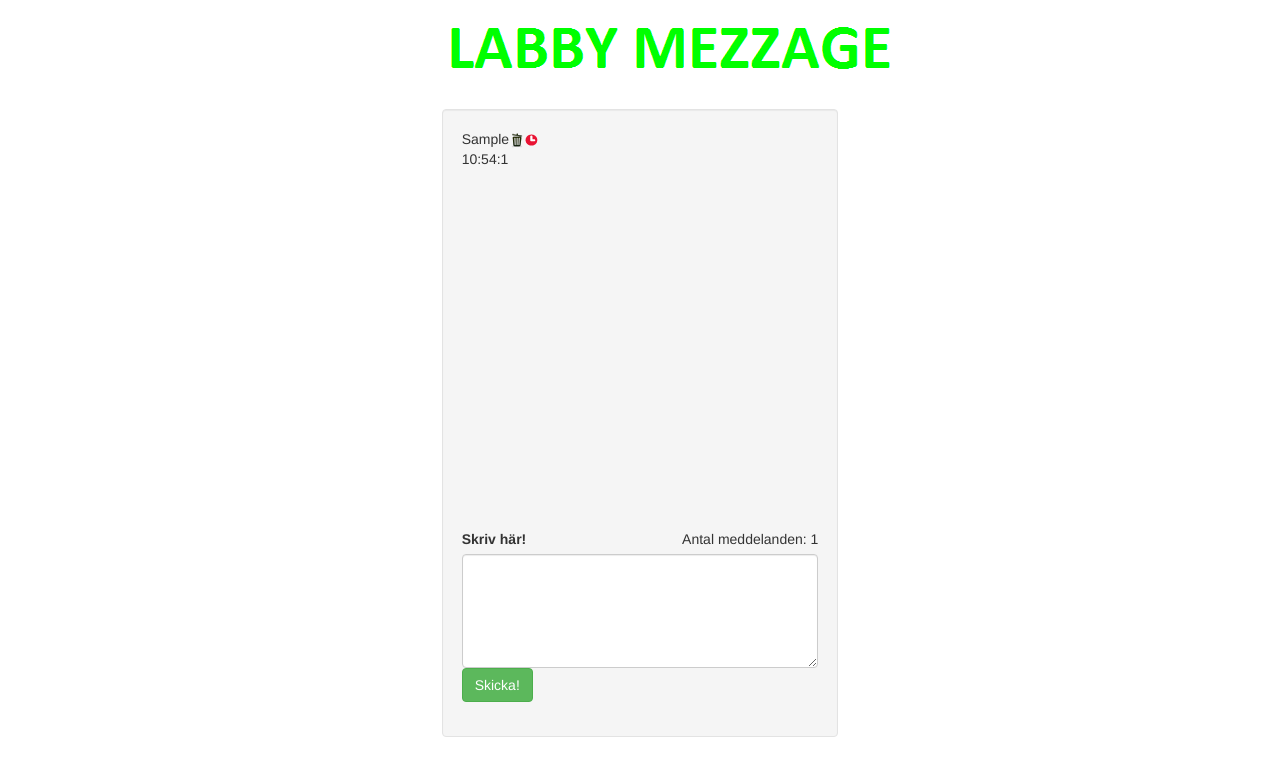
Repository: mc22dg/1dv403-laborationer
Page: 2-labbymezzage/index.html
The author's editor kept a record of every edit. The page is drawn from the files as they stood at one moment, then again after the next edit.
The browser window is 1280 px wide. The pictures show the whole page.
Empty fields were first filled with sample values (such as "Sample", 5 or name@example.com).
After loading, the first visible `#btn` was clicked once.

Above is the page before.

After the next edit:
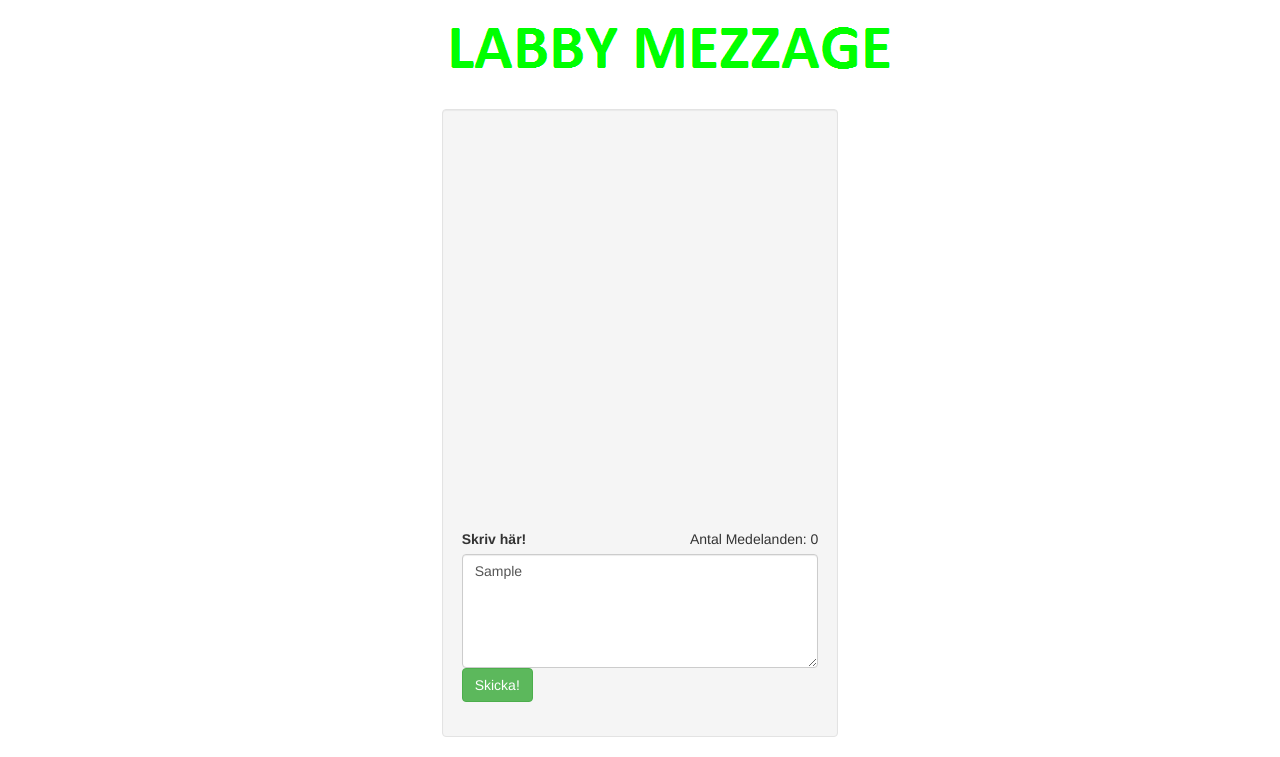
The edit:
--- a/2-labbymezzage/messageBoard.js
+++ b/2-labbymezzage/messageBoard.js
@@ -7,7 +7,9 @@
     init:function()
     {
         var send = document.getElementById("btn");
-        send.onclick = MessageBoard.sendMessage;
+        send.onclick = function(){
+            MessageBoard.sendMessage;
+        }
 
         var enter = document.getElementById("comment");
         enter.onkeypress = function(e){if(e.keyCode === 13 && !e.shiftKey && document.getElementById("comment").value !== "")

After the 2 edits that followed:
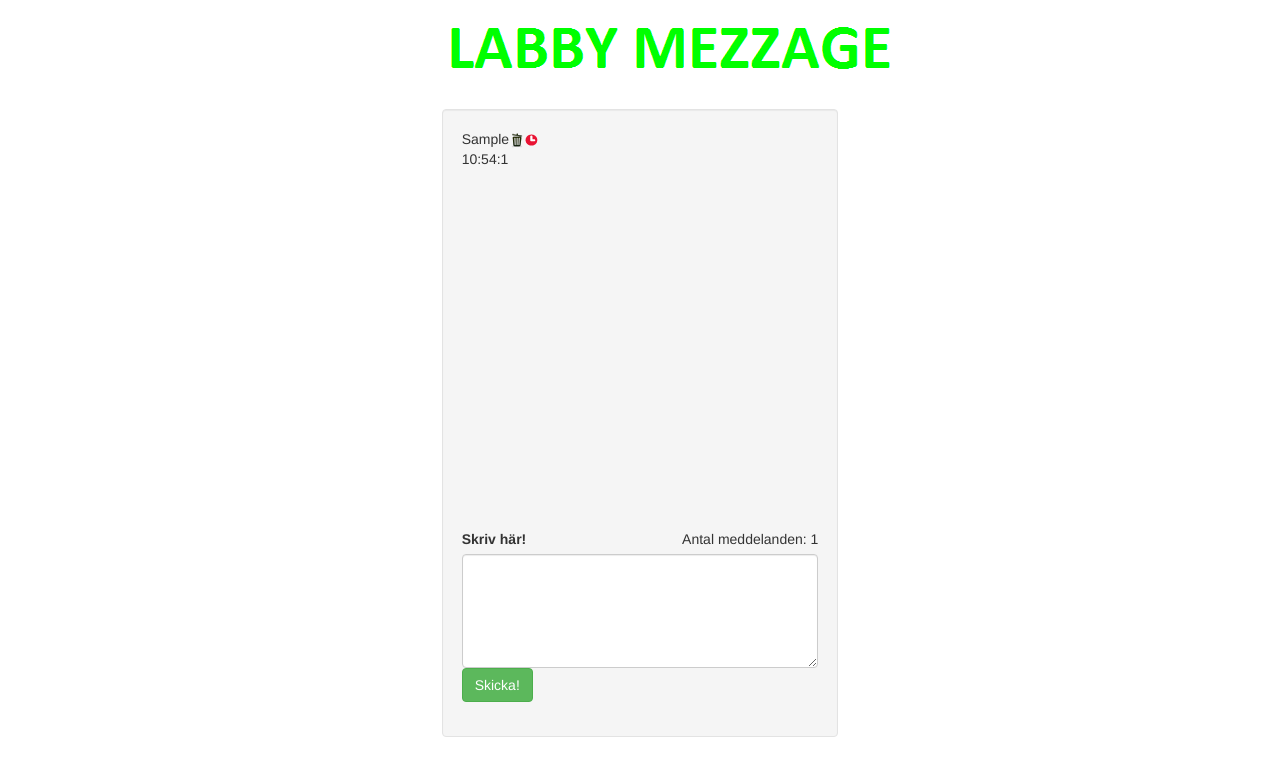
The 2 edits are shown as one change because 1 left the picture as it was.
The edit:
--- a/2-labbymezzage/messageBoard.js
+++ b/2-labbymezzage/messageBoard.js
@@ -7,9 +7,14 @@
     init:function()
     {
         var send = document.getElementById("btn");
-        send.onclick = function(){
-            MessageBoard.sendMessage;
-        }
+        send.onclick = function(e){
+            if (document.getElementById("comment") !== "")
+            {
+            MessageBoard.sendMessage();
+            }
+            else
+            e.preventDefault();
+        };
 
         var enter = document.getElementById("comment");
         enter.onkeypress = function(e){if(e.keyCode === 13 && !e.shiftKey && document.getElementById("comment").value !== "")
